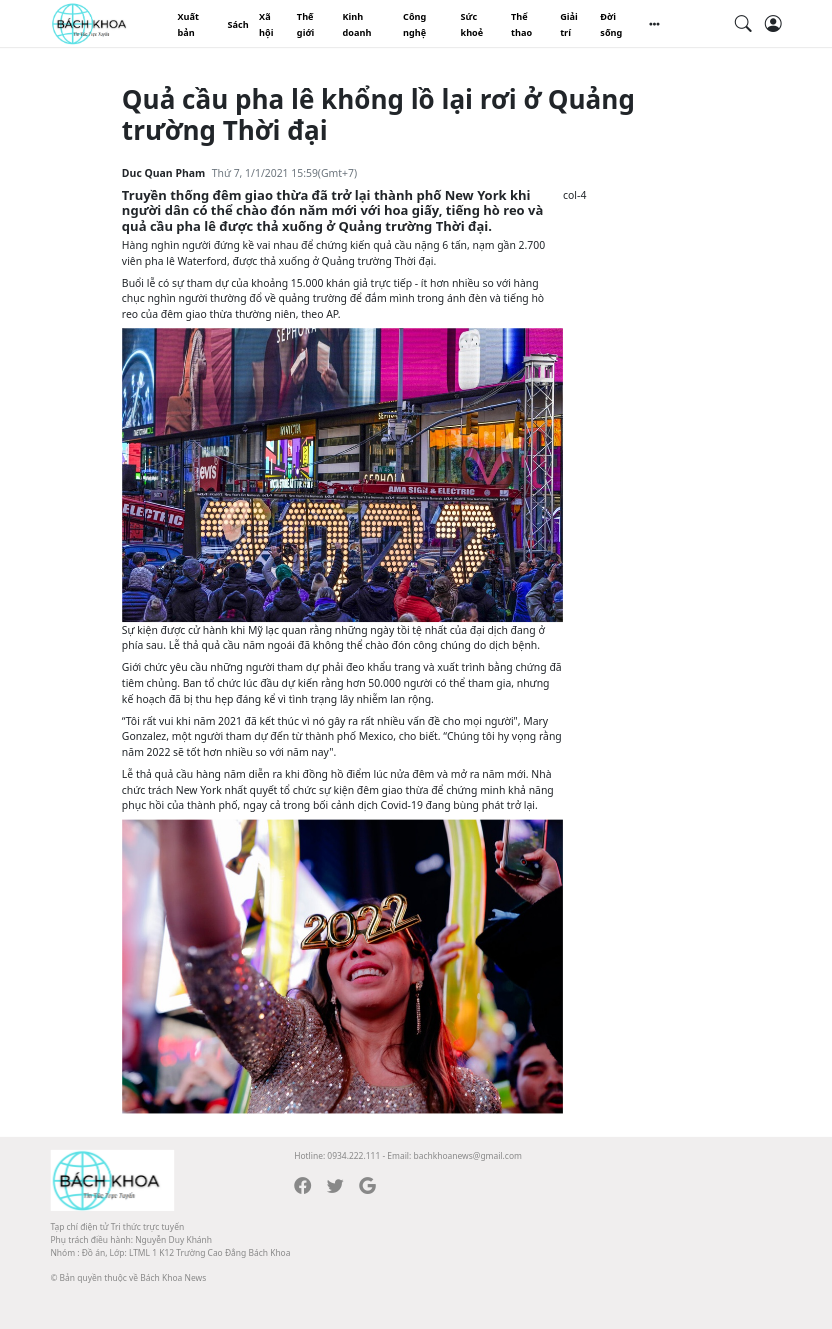
Repository: khanh2324/Java_Web
Page: WebContent/home-new/index.html
The author's editor kept a copy of each file at every save. The page is drawn from the files as they stood at one save, then again after the next save.
The browser window is 1280 px wide. The pictures show the whole page, at 65% of full size.
Pictures or frames that could not be fetched are drawn as grey boxes. Some web libraries are served in a nearby version.

Above is the page before, as saved 2022-01-01 16:23:28.

After the next save:
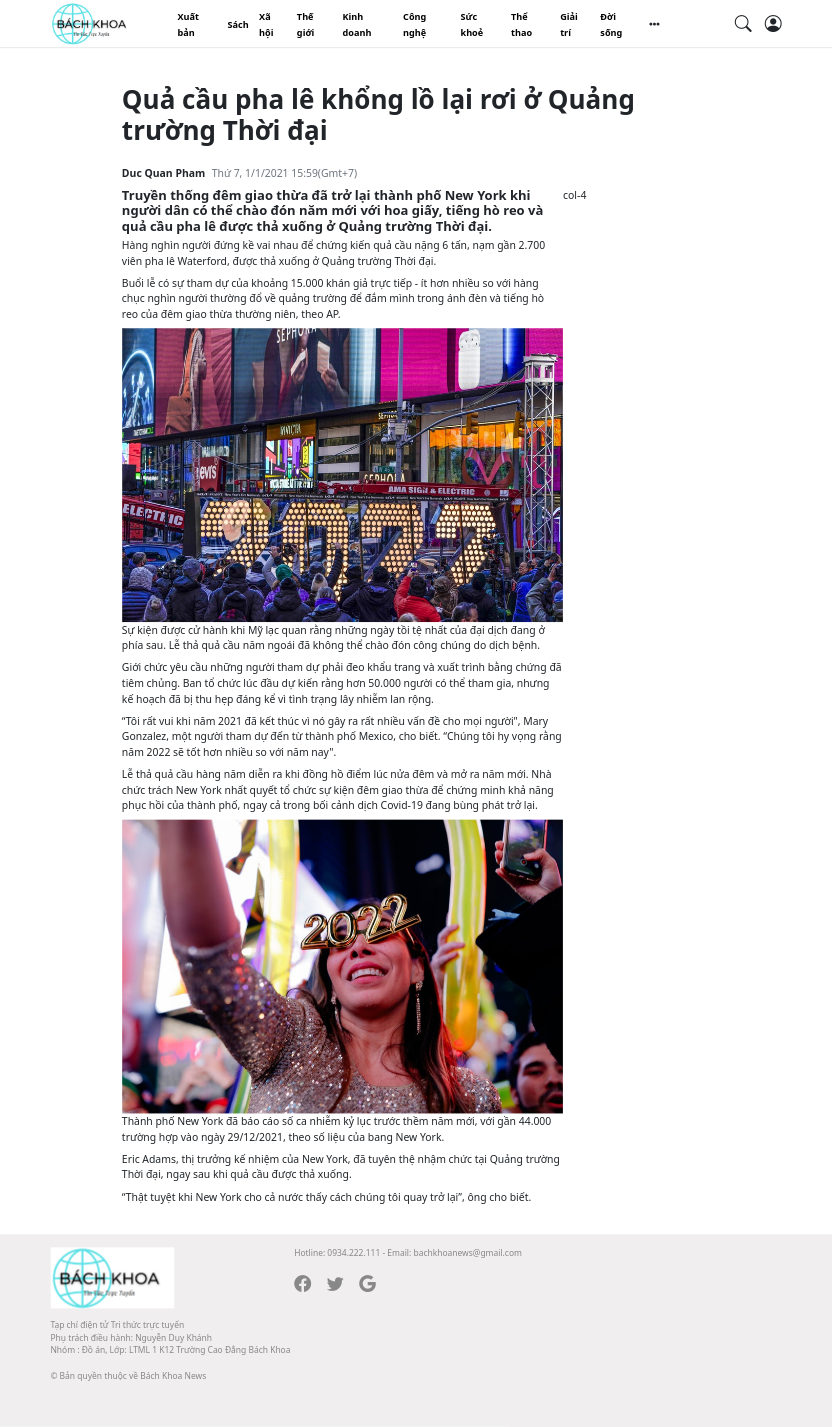
Saved 25 s later.
--- a/WebContent/home-new/index.html
+++ b/WebContent/home-new/index.html
@@ -430,6 +430,11 @@
                                     <div class="category-img">
                                         <img src="./img/newyourk2.webp" alt="">
                                     </div>
+                                  <p>Thành phố New York đã báo cáo số ca nhiễm kỷ lục trước thềm năm mới, với gần 44.000 trường hợp vào ngày 29/12/2021, theo số liệu của bang New York.</p>
+
+                                  <p>Eric Adams, thị trưởng kế nhiệm của New York, đã tuyên thệ nhậm chức tại Quảng trường Thời đại, ngay sau khi quả cầu được thả xuống.</p>
+
+                                    <p>“Thật tuyệt khi New York cho cả nước thấy cách chúng tôi quay trở lại”, ông cho biết.</p>
                             </div>
 
                         <div class="col-3">col-4</div>
